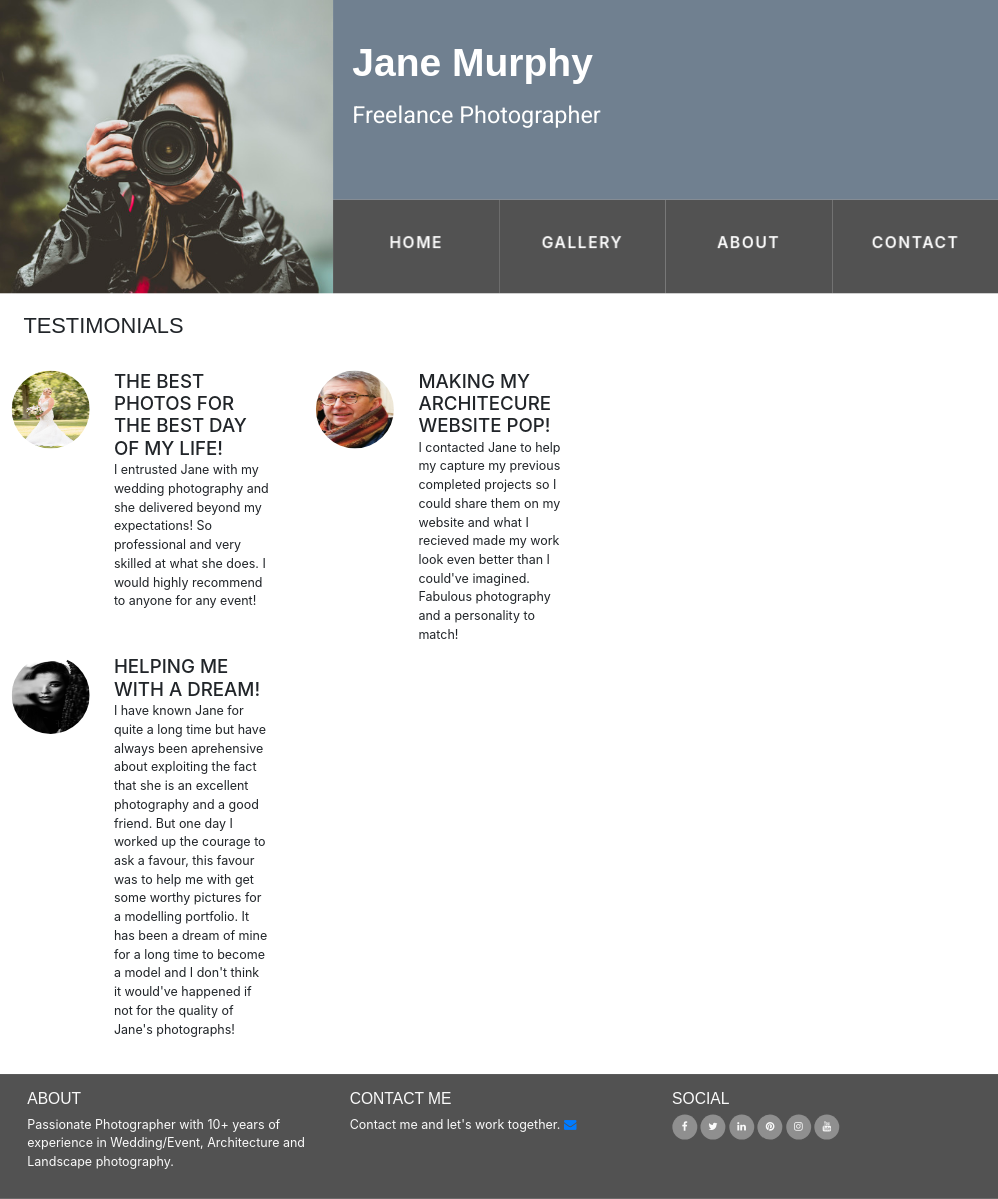
Repository: Code-Institute-Submissions/MrChrisRandall-milestone-1
Page: index.html
The author's editor kept a record of every edit. The page is drawn from the files as they stood at one moment, then again after the next edit.
The browser window is 1280 px wide. The pictures show the whole page, at 78% of full size.

Above is the page before.

### index.html
<!DOCTYPE html>
<html lang="en">

<head>
    <meta charset="UTF-8">
    <meta name="viewport" content="width=device-width, initial-scale=1.0">
    <meta http-equiv="X-UA-Compatible" content="ie=edge">
    <link rel="stylesheet" href="https://stackpath.bootstrapcdn.com/bootstrap/4.3.1/css/bootstrap.min.css" type="text/css" />
    <link rel="stylesheet" href="https://stackpath.bootstrapcdn.com/font-awesome/4.7.0/css/font-awesome.min.css" type="text/css" />
    <link rel="stylesheet" href="https://cdnjs.cloudflare.com/ajax/libs/hover.css/2.3.1/css/hover-min.css" type="text/css" />
    <link rel="stylesheet" href="assets/css/style.css" type="text/css" />
    <title>Studio 21</title>
</head>

<body>
    <header>
        <div class="row no-gutters">
            <a href="index.html" class="col-md-4 logo">

            </a>
            <div class="col-md-8">
                <div class="row no-gutters bg-color-name-title">
                    <div class="col heading">
                        <h1 class="name">Jane Murphy</h1>
                        <h2 class="title">Freelance Photographer</h2>
                    </div>
                </div>
                <div class="row no-gutters">
                    <div class="col">
                        <ul id="nav" class="list-inline menucontainer">
                            <li class="col-6 col-sm-3 ui-menu-color-home list-inline-item menuitem">
                                <a href="index.html" class="hvr-grow-shadow"><span>Home</span></a>
                            </li>
                            <li class="col-6 col-sm-3 ui-menu-color-gallery list-inline-item menuitem">
                                <a href="gallery.html" class="hvr-grow-shadow"><span>Gallery</span></a>
                            </li>
                            <li class="col-6 col-sm-3 ui-menu-color-about list-inline-item menuitem">
                                <a href="about.html" class="hvr-grow-shadow"><span>About</span></a>
                            </li>
                            <li class="col-6 col-sm-3 ui-menu-color-contact list-inline-item menuitem">
                                <a href="contact.html" class="hvr-grow-shadow"><span>Contact</span></a>
                            </li>
                        </ul>
                    </div>
                </div>

            </div>
        </div>

    </header>

    <section class="container-fluid">
        <div class="row">

            <div class="col-md-8 section-column">

                <div class="row">
                    <div class="col">
                        <h3 class="section-heading uppercase">Testimonials</h3>
                    </div>
                </div>
                <div class="row">
                    <div class="d-none d-sm-block">
                        <img src="assets/images/f1.jpg" class="rounded-circle mr-3" height=100 width=100>
                    </div>
                    <div class="col-10 offset-1 offset-sm-0 col-sm-4 col-md-4">
                        <div class="row">

                            <div class="col-10">
                                <h4 class="uppercase">The best photos for the best day of my life!</h4>
                                <p>
                                    I entrusted Jane with my wedding photography and she delivered beyond my expectations! So professional and very skilled at what she does. I would highly recommend to anyone for any event!
                                </p>
                            </div>
                        </div>
                    </div>


                    <div class="d-none d-sm-block">
                        <img src="assets/images/m1.jpg" class="rounded-circle mr-3" height=100 width=100>
                    </div>
                    <div class="col-10 offset-1 offset-sm-0 col-sm-4 col-md-4">
                        <div class="row">

                            <div class="col-10">
                                <h4 class="uppercase">Making my architecure website pop!</h4>
                                <p>
                                    I contacted Jane to help my capture my previous completed projects so I could share them on my website and what I recieved made my work look even better than I could've imagined. Fabulous photography and a personality to match!
                                </p>
                            </div>
                        </div>
                    </div>

                    <div class="d-none d-sm-block">
                        <img src="assets/images/fm1.jpg" class="rounded-circle mr-3" height=100 width=100>
                    </div>
                    <div class="col-10 offset-1 offset-sm-0 col-sm-4 col-md-4">
                        <div class="row">
                            <div class="col-10">
                                <h4 class="uppercase">Helping me with a dream!</h4>
                                <p>
                                    I have known Jane for quite a long time but have always been aprehensive about exploiting the fact that she is an excellent photography and a good friend. But one day I worked up the courage to ask a favour,
                                    this favour was to help me with get some worthy pictures for a modelling portfolio. It has been a dream of mine for a long time to become a model and I don't think it would've happened if not for the quality of Jane's photographs!
                                </p>
                            </div>

                        </div>
                    </div>
                </div>
            </div>
        </div>

    </section>

    <footer class="container-fluid">
        <div id="footer-details" class="row">
            <div class="col-sm-4">
                <h5 class="uppercase general-sub">About</h5>
                <p class="inline-block">
                    Passionate Photographer with 10+ years of experience in Wedding/Event, Architecture and Landscape photography.
                </p>
            </div>
            <div class="col-sm-4">
                <h5 class="uppercase general-sub">Contact Me</h5>
                <p class="inline-block">
                    Contact me and let's work together.
                    <a href="contact.html" class="contant-link">
                        <i class="fa fa-envelope" aria-hidden="true"></i>
                        <span class="sr-only">Contact link.</span>
                    </a>
                </p>
            </div>
            <div class="col-sm-4">
                <h5 class="uppercase general-sub">Social</h5>
                <ul class="list-inline social-links">
                    <li class="list-inline-item">
                        <a target="_blank" href="#">
                            <i class="fa fa-facebook" aria-hidden="true"></i>
                            <span class="sr-only">Facebook</span>
                        </a>
                    </li>
                    <li class="list-inline-item">
                        <a target="_blank" href="#">
                            <i class="fa fa-twitter" aria-hidden="true"></i>
                            <span class="sr-only">Twitter</span>
                        </a>
                    </li>
                    <li class="list-inline-item">
                        <a target="_blank" href="#">
                            <i class="fa fa-linkedin" aria-hidden="true"></i>
                            <span class="sr-only">LinkedIn</span>
                        </a>
                    </li>
                    <li class="list-inline-item">
                        <a target="_blank" href="#">
                            <i class="fa fa-pinterest" aria-hidden="true"></i>
                            <span class="sr-only">Pinterest</span>
                        </a>
                    </li>
                    <li class="list-inline-item">
                        <a target="_blank" href="#">
                            <i class="fa fa-instagram" aria-hidden="true"></i>
                            <span class="sr-only">Instagram</span>
                        </a>
                    </li>
                    <li class="list-inline-item">
                        <a target="_blank" href="#">
                            <i class="fa fa-youtube" aria-hidden="true"></i>
                            <span class="sr-only">YouTube</span>
                        </a>
                    </li>
                </ul>
            </div>
        </div>
    </footer>

</body>

</html>

### assets/css/style.css
@import url('https://fonts.googleapis.com/css?family=Roboto&display=swap:100,200,300,400,500,600,700|Exo:100,200,300,400,500,600,700');


/*--------------------------------------------------Colors*/

.bg-color-name-title {
    background-color: #708090;
}

.ui-menu-color-home {
    background-color: #525252;
}

.ui-menu-color-gallery {
    background-color: #525252;
}

.ui-menu-color-about {
    background-color: #525252;
}

.ui-menu-color-contact {
    background-color: #525252;
}

/*--------------------------------------------------General*/

h1,
h2,
h3,
h4 {
    margin: 0;
}

.uppercase {
    text-transform: uppercase;
}

.general-sub {
    font-family: "Exo", sans-serif;
    font-weight: 300;
    color: #fafafa
}

.inline-block {
    display: inline-block;
}

.row-table {
    display: table;
}

.section-column {
    display: table-cell;
    padding: 0 30px 30px;
    float: none;
}

.history-heading,
.section-heading {
    font-family: "Exo", sans-serif;
    font-weight: 300;
    margin-top: 25px;
    margin-bottom: 40px;
}

/*--------------------------------------------------Header*/

.header {
    margin: 0;
}

.heading {
    margin-left: 25px;
}

.logo {
    background: url(../images/pic.jpg);
    background-position: center;
    background-repeat: no-repeat;
    background-size: cover;
    min-height: 360px;
}

.name {
    font-family: "Exo", sans-serif;
    font-weight: 600;
    font-size: 50px;
    margin-top: 50px;
    color: #fff;
}

.title {
    font-family: "Roboto", sans-serif;
    font-weight: 400;
    font-size: 30px;
    margin-top: 20px;
    margin-bottom: 90px;
    color: #fff;
}

.list-inline-item:not(:last-child) {
    margin: 0;
}

.menucontainer {
    font-size: 0;
}

#nav {
    margin: 0;
}

#nav li {
    font-size: 14px;
    padding: 0;
}

.menuitem {
    height: 120px;
    text-align: center;
    padding: 0;
}

.menuitem a {
    width: 100%;
    text-decoration: none;
    color: #fff;
    height: 120px;
}

.menuitem span {
    display: block;
    width: 100%;
    padding-top: 40px;
    text-align: center;
    text-transform: uppercase;
    font-size: 20px;
    font-weight: 600;
    letter-spacing: 2px;
}

/*--------------------------------------------------Footer*/

footer {
    background-color: #525252;
    color: #fafafa;
    min-height: 120px;
    margin: 0;
}

.contact-link i {
    width: 32px;
    height: 32px;
    padding: 12px 0;
    border-radius: 50%;
    font-size: 13px;
    line-height: 7px;
    text-align: center;
    color: #fafafa;
    background: #8f8f8f;
    transition: all 0.35s ease-in-out;
    -moz-transition: all 0.35s ease-in-out;
    -webkit-transition: all 0.35s ease-in-out;
    -o-transition: all 0.35s ease-in-out;
}

.social-links {
    padding-bottom: 15px;
}

.social-links li a i {
    width: 32px;
    height: 32px;
    padding: 12px 0;
    border-radius: 50%;
    font-size: 13px;
    line-height: 7px;
    text-align: center;
    color: #fafafa;
    background: #8f8f8f;
    transition: all 0.35s ease-in-out;
    -moz-transition: all 0.35s ease-in-out;
    -webkit-transition: all 0.35s ease-in-out;
    -o-transition: all 0.35s ease-in-out;
}

.social-links li a i:hover {
    background: #708090;
}

#footer-details {
    padding: 20px;
}

/*--------------------------------------------------Personal Info*/

.personal-info-item {
    margin-bottom: 20px;
    display: block;
    clear: both;
}

.personal-info-item .key,
.personal-info-item .value {
    padding-right: 8px;
    display: inline-block;
}

.personal-info-item .key p,
.personal-info-item .value p {
    margin: 0;
}

.personal-info-item .key {
    width: 30%;
    margin-right: 21px;
    padding-top: 2px;
    vertical-align: top;
}

.personal-info-item .key p {
    font-weight: 700;
}

.personal-info-item .value {
    position: relative;
    width: 60%;
}

/*--------------------------------------------------Contact Form*/

.contact-heading {
    font-family: "Exo", sans-serif;
    font-weight: 300;
    margin-top: 25px;
    margin-bottom: 20px;
}

.center-form {
    padding-top: 10px;
    margin: 0 auto;
    max-width: 70%;
}

button[type="submit"] {
    margin-top: 15px;
    margin-bottom: 20px;
    color: #fafafa;
    background-color: #e84610;
}

/*--------------------------------------------------Gallery*/

.flex-container {
    width: 1280px;
    min-height: 500px;
    background: #fff;
    margin: 70px auto 0;
    display: flex;
    flex-direction: row;
    flex-wrap: wrap;
}

.flex-container .box {
    position: relative;
    width: 250px;
    height: 250px;
    background: #000000;
    margin: 25px;
    display: inline-block
}

.flex-container .box .imgBox {
    position: relative;
}

.flex-container .box .imgBox img {
    max-width: 100%;
    transform: transition 2s;
}
.flex-container .box:hover .imgBox {

}

After the next edit:
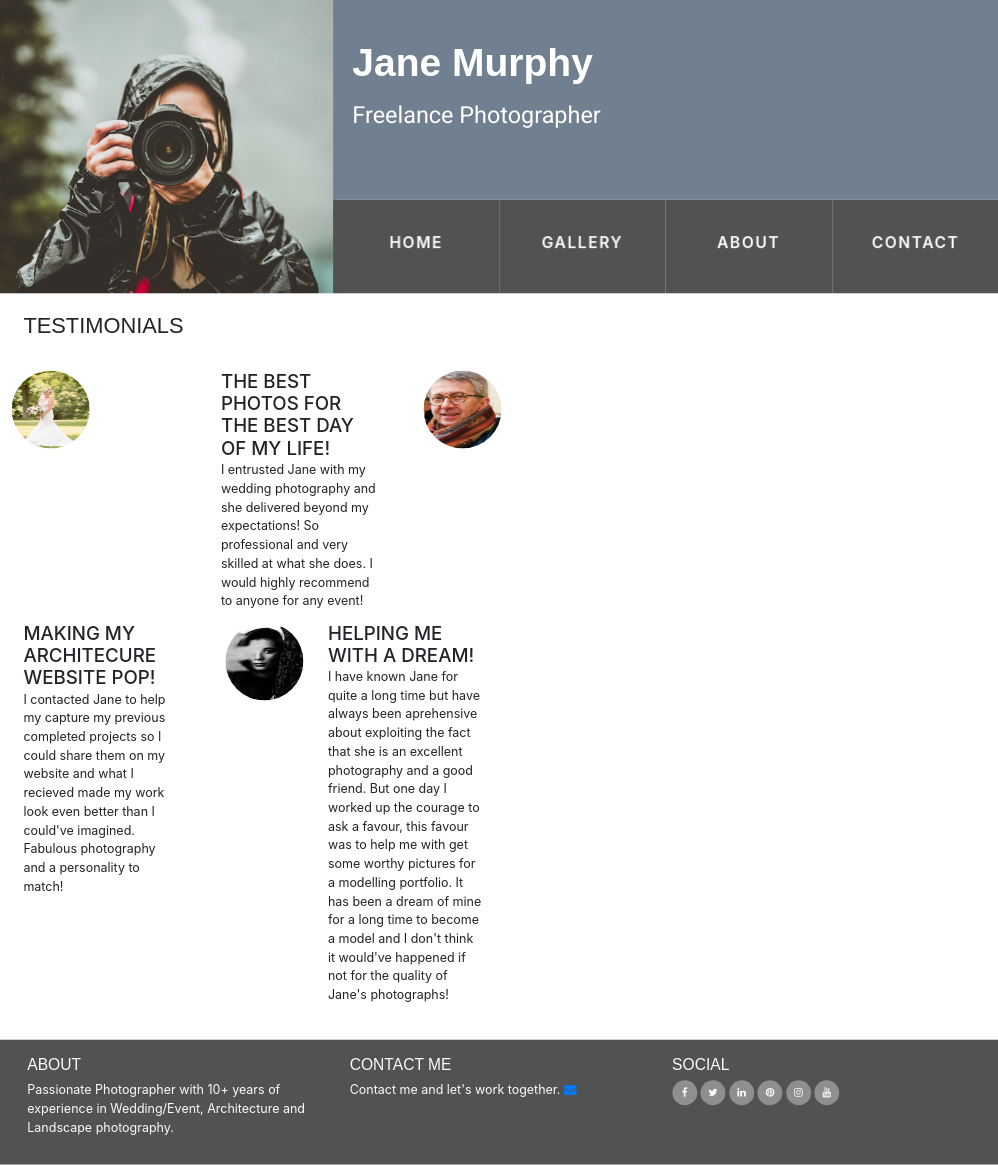
The edit:
--- a/index.html
+++ b/index.html
@@ -63,7 +63,7 @@
                     <div class="d-none d-sm-block">
                         <img src="assets/images/f1.jpg" class="rounded-circle mr-3" height=100 width=100>
                     </div>
-                    <div class="col-10 offset-1 offset-sm-0 col-sm-4 col-md-4">
+                    <div class="col-10 offset-1 offset-sm-2 col-sm-4 col-md-4">
                         <div class="row">
 
                             <div class="col-10">
